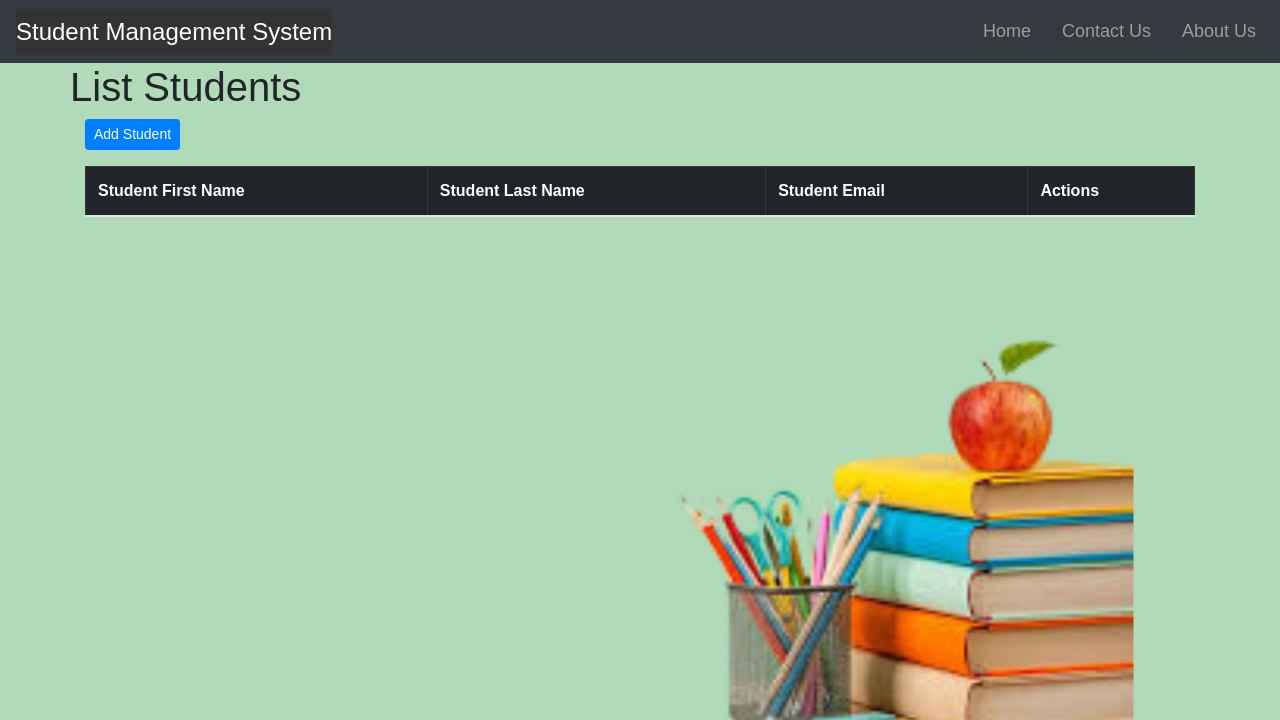
Repository: marthamutsvandiani/student_management_system
Page: http://localhost/Students
These files come from the project's save history. The page is drawn as it stood at one moment and after the next save; the edit follows.
The browser window is 1280 px wide. The pictures show the whole page.
The page is this project's Thymeleaf template; nobody is signed in. The template is opened directly, without the code that normally fills it, so the values that code supplies are empty.

Above is the page before, as saved 2024-11-01 15:04:19.

After the next save:
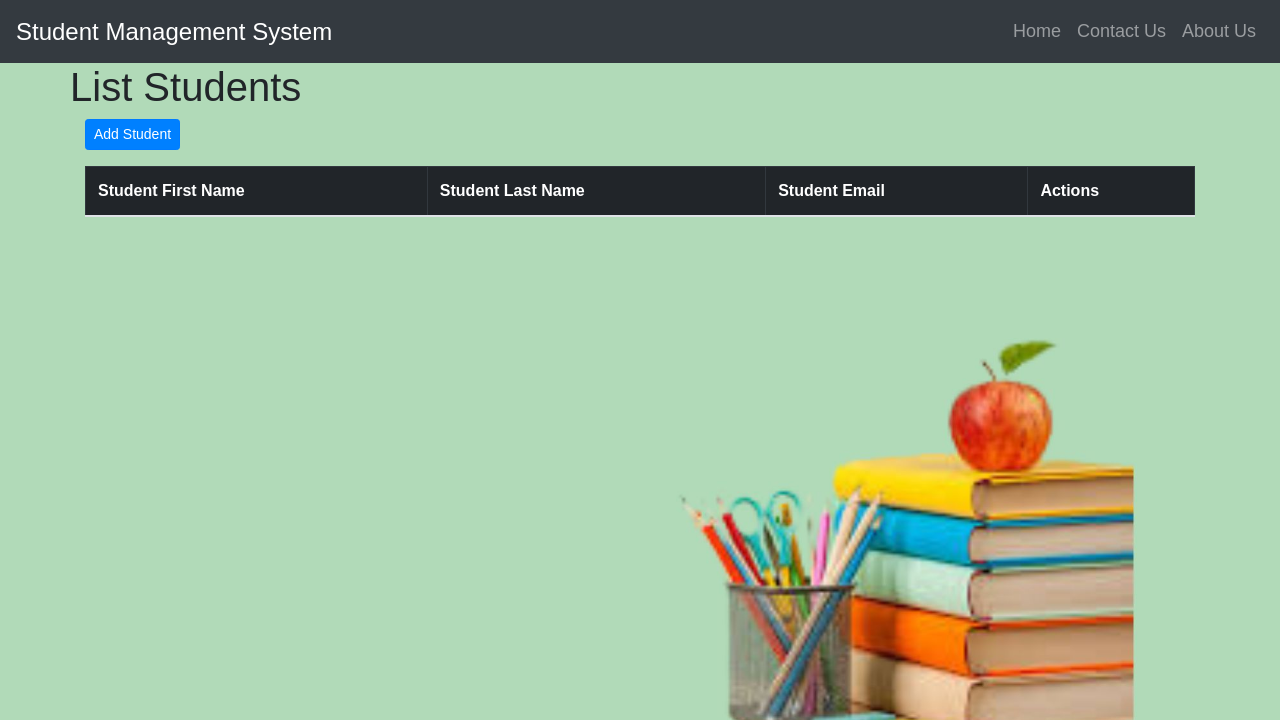
Saved 31 s later.
--- a/studentmanagementsystem/src/main/resources/static/css/styles.css
+++ b/studentmanagementsystem/src/main/resources/static/css/styles.css
@@ -55,7 +55,7 @@ body {
 
 .navbar-brand {
     font-size: 24px; /* Increases the brand font size */
-	background-color: #333;
+	/*background-color: #333;
 }
 
 
